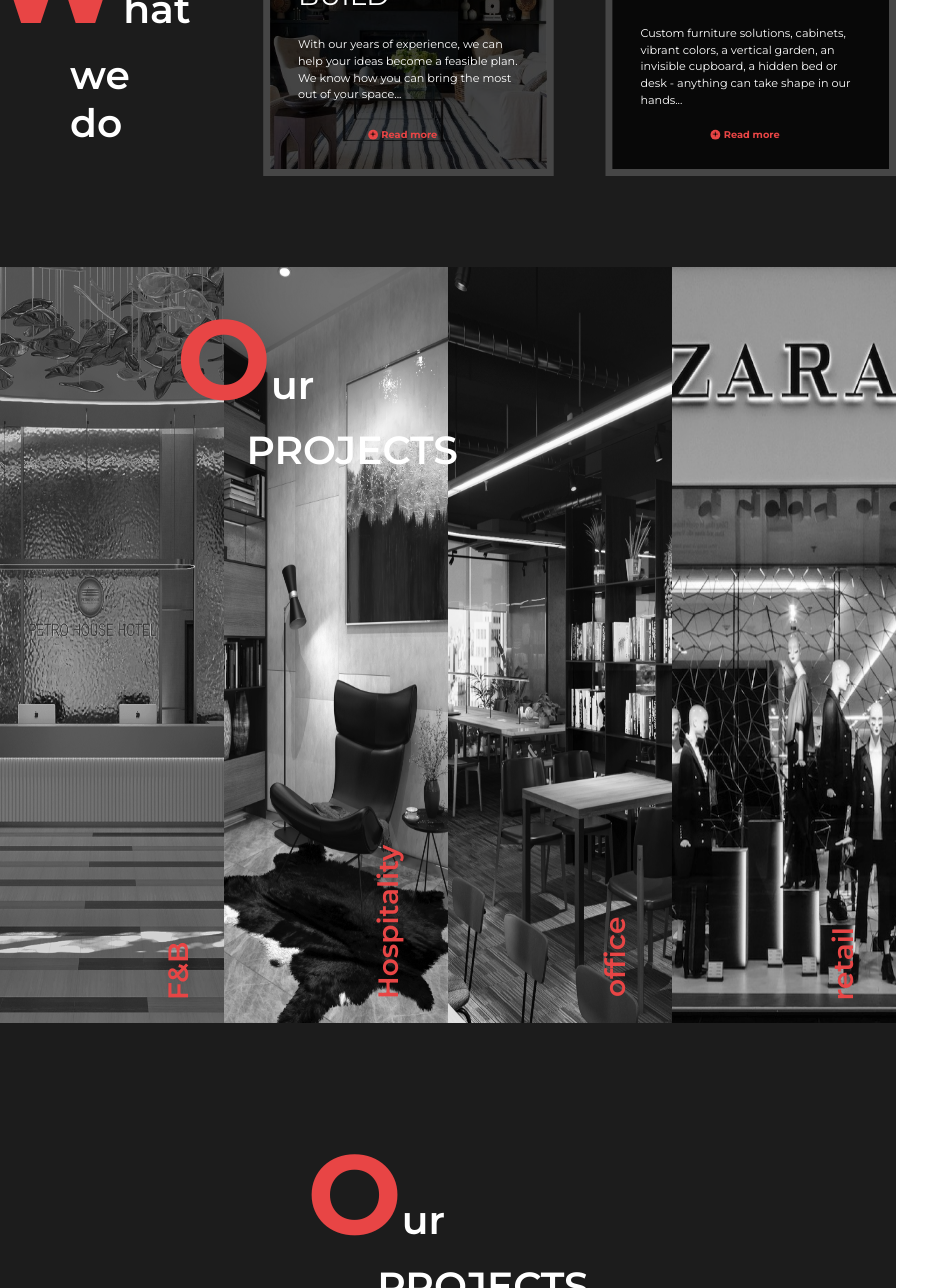
Repository: iphoneboy46/demoMonaFigma
Page: index.html
An editor plug-in stored every save of this project. The page is shown before and after the next save, followed by the edit.
The browser window is 1280 px wide. The page is 1330 px wide, so the pictures cover 1330 px, including what lies to the right of the window. The pictures show the part of the page from y = 2289 to 4129 px (the page is 5304 px tall), at 70% of full size.
Some web libraries are served in a nearby version.

Above is the page before, as saved 2023-03-20 21:44:07.

### index.html
<!DOCTYPE html>
<html lang="en">
  <head>
    <meta charset="UTF-8" />
    <meta http-equiv="X-UA-Compatible" content="IE=edge" />
    <meta name="viewport" content="width=device-width, initial-scale=1.0" />
    <title>Demo Page</title>
    <link rel="stylesheet" href="style.css" />
    <link rel="preconnect" href="https://fonts.googleapis.com" />
    <link rel="preconnect" href="https://fonts.gstatic.com" crossorigin />
    <link
      href="https://fonts.googleapis.com/css2?family=Montserrat:wght@400;600;700&display=swap"
      rel="stylesheet"
    />
    <link
      rel="stylesheet"
      href="https://cdnjs.cloudflare.com/ajax/libs/font-awesome/6.3.0/css/all.min.css"
      integrity="sha512-SzlrxWUlpfuzQ+pcUCosxcglQRNAq/DZjVsC0lE40xsADsfeQoEypE+enwcOiGjk/bSuGGKHEyjSoQ1zVisanQ=="
      crossorigin="anonymous"
      referrerpolicy="no-referrer"
    />
  </head>
  <body>
    <header>
      <div class="header_top">
        <div class="header_top-logo">
          <img src="image/Layer 2 1.png" alt="" />
        </div>
        <div class="header_top-menu">
          <ul class="header_top-menu--list">
            <li class="header_top-menu--items">
              <div class="arrow-down">
                <div class="header_menu--item-1">EN</div>
              </div>
            </li>
            <li class="header_top-menu--items">
              <div class="arrow-right">
                <input placeholder="Search...." type="text" />
                <i class="fa-solid fa-magnifying-glass header_menu--item-2"></i>
              </div>
            </li>
            <li class="header_top-menu--items">
              <div class="arrow-left">
                <i class="fa-solid fa-bars header_menu--item-3"></i>
              </div>
            </li>
            <li class="header_top-menu--items">
              <div class="arrow-up">
                <img
                  class="header_menu--item-4"
                  src="image/path2191.png"
                  alt=""
                />
              </div>
              <ul class="header_menu--links">
                <li>
                  <a href="">
                    <img src="image/01.Facebook.png" alt="" />
                  </a>
                </li>
                <li>
                  <a href="">
                    <img src="image/Vector (1).png" alt="" />
                  </a>
                </li>
                <li>
                  <a href="">
                    <img src="image/10.Linkedin.png" alt="" />
                  </a>
                </li>
                <li>
                  <a href="">
                    <img src="image/ytb.png" alt="" />
                  </a>
                </li>
                <li>
                  <a href="">
                    <img src="image/gg.png" alt="" />
                  </a>
                </li>
              </ul>
            </li>
          </ul>
        </div>
      </div>
      <div class="header_bottom">
        <div class="header_bottom-left">
          <div class="header_bottom-1">
            <h6>01</h6>
            <p>D1 MENSION</p>
          </div>
          <div class="header_bottom-2">
            <h2>02</h2>
            <span> DESIGN & BUILD </span>
            <p>Nguyen Dinh Chinh Hotel</p>
          </div>
        </div>
        <div class="header_bottom-right">
          <div class="header_bottom-3">
            <h6>03.</h6>
            <p>Primier Sky</p>
          </div>
          <div class="header_bottom-4">
            <h6>04.</h6>
            <p>Sunrise Riverside</p>
          </div>
        </div>
      </div>
    </header>
    <section>
      <div class="container">
        <div class="section_top">
          <div class="section_top-container">
            <div class="section_top-left">
              <p class="title">
                <span>A</span>
                bout
              </p>
              <p class="title-2">P.I.P ID CORP</p>
              <p class="title-3">
                With experienced, skillful and enthusiastic staff, we transform
                every smallest corner of the drawing to reality in the most truely
                and obvious way. According to the working process, the specific
                characteristics of customers are highlighted and incorporated in
                the details. For us, every project is a mission to create a more
                beautifully and convenient living space…
              </p>
              <div class="title-4">
                <span>+</span>
                <p>Read more</p>
              </div>
            </div>
            <div class="section_top-right-container">
              <div class="section_top-right">
                <img src="image/Rectangle 4.png" alt="" />
              </div>
              <div class="section_top-right">
                <img src="image/livi2.jpg" alt="" />
              </div>
              <div class="section_top-right">
                <img src="image/livi3.jpg" alt="" />
              </div>
            </div>
          </div>
          <div class="section_top-bottom">
            <div class="btn-prev">
              <i class="fa-solid fa-chevron-left"></i>
            </div>
            <div class="btn-next">
              <i class="fa-solid fa-chevron-right"></i>
            </div>
          </div>
        </div>
        <div class="section_content">
          <div class="section_content-img"><img src="image/Layer 2 2.png" alt="" /></div>
          <div class="section_content-title">
              <div class="section_content-title-1">
                  <p>P</p>restige
              </div>
              <div class="section_content-title-2">
                  <p>i</p>s
              </div>
              <div class="section_content-title-2">
                  <p>p</p>ower
              </div>
          </div>
        </div>
        <div class="section_bottom">
          <div class="section_bottom-container">
              <div class="section_bottom-1">
                  <p>
                      <strong>W</strong><span>hat</span>
                  </p>
                  <h1>we do</h1>
              </div>
              <div class="section_bottom-2">
                 <div class="section_bottom-2-img">
                  <img src="image/Vector (2).png" alt="">
                 </div>
                 <h2>BUILD</h2>
                 <p>With our years of experience, we can help your ideas become a feasible plan. We know how you can bring the most out of your space...</p>
                 <div class="title-4">
                  <span>+</span>
                  <p>Read more</p>
                </div>
              </div>
              <div class="section_bottom-3">
                  <div class="section_bottom-3-img">
                   <img src="image/Vector (3).png" alt="">
                  </div>
                  <h2>DESIGN</h2>
                  <p>Custom furniture solutions, cabinets, vibrant colors, a vertical garden, an invisible cupboard, a hidden bed or desk - anything can take shape in our hands...</p>
                  <div class="title-4">
                   <span>+</span>
                   <p>Read more</p>
                 </div>
               </div>
          </div>
        </div>
        <div class="section_img">
          <div class="section_img-title">
              <p><strong>O</strong>ur</p>
              <h2>PROJECTS</h2>
          </div>
          <div class="section_img-1">
              <img class="img-1-not" src="image/Rectangle 8.png" alt="">
              <img class="img-1-color" src="image/petro.png" alt="">
              <p>F&B</p>
          </div>
          <div class="section_img-2">
              <img class="img-2-not" src="image/Rectangle 20.png" alt="">
              <img class="img-2-color" src="image/social_153098144.jpg" alt="">
              <p>Hospitality</p>
          </div>
          <div class="section_img-3">
              <img class="img-3-not" src="image/Rectangle 21.png" alt="">
              <img class="img-3-color" src="image/office.jpg" alt="">

              <p>office</p>
          </div>
          <div class="section_img-4">
              <img class="img-4-not" src="image/Rectangle 22.png" alt="">
              <img class="img-4-color" src="image/retail.jpg" alt="">
              <p>retail</p>
          </div>
        </div>
        <div class="section__logo">
          <di class="section__logo-container">
              <div class="section__logo-1">
                  <p><strong>O</strong>ur</p>
                  <h2>PROJECTS</h2>
              </div>
              <div class="section__logo-img section__logo-2">
                  <img src="image/logo1.png" alt="">
              </div>
              <div class="section__logo-img section__logo-3">
                  <img src="image/logo2.png" alt="">
              </div>
              <div class="section__logo-img section__logo-4">
                  <img src="image/Jaspal_Logo_4__1 2.png" alt="">
              </div>
              <div class="section__logo-img section__logo-5">
                  <img src="image/planet 1.png" alt="">
              </div>
              <div class="section__logo-img section__logo-6">
                  <img src="image/cc00 1.png" alt="">
              </div>
              <div class="section__logo-img section__logo-7">
                  <img src="image/lahacoffee 1.png" alt="">
              </div>
          </di >
        </div>
      </div>
    </section>

    <script src="index.js"></script>
  </body>
</html>

Loaded but not shown: index.js (22 lines, source omitted); style.css (964 lines, source omitted)

After the next save:
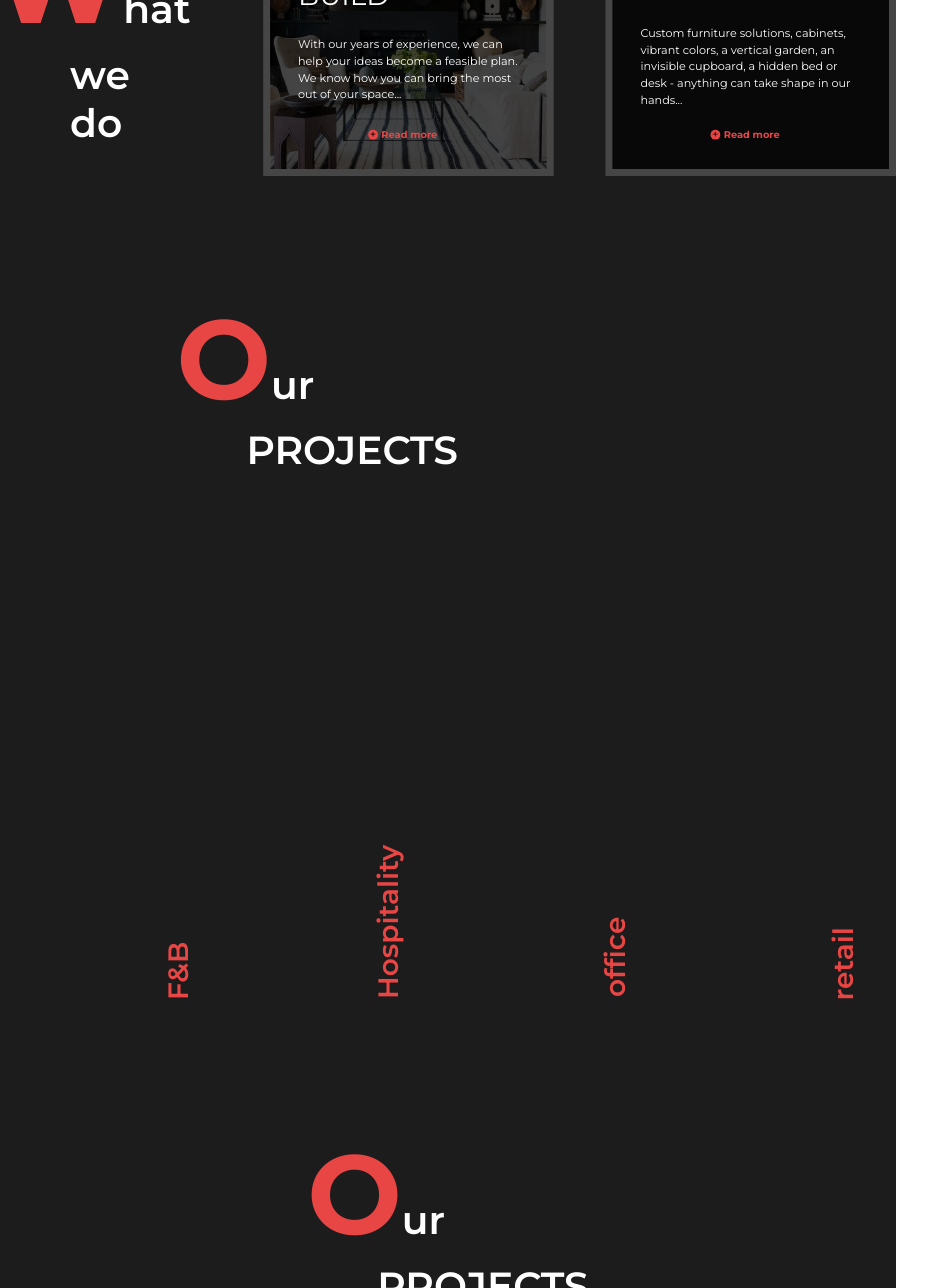
Saved 2 min 35 s later.
--- a/index.html
+++ b/index.html
@@ -203,23 +203,23 @@
               <h2>PROJECTS</h2>
           </div>
           <div class="section_img-1">
-              <img class="img-1-not" src="image/Rectangle 8.png" alt="">
+
               <img class="img-1-color" src="image/petro.png" alt="">
               <p>F&B</p>
           </div>
           <div class="section_img-2">
-              <img class="img-2-not" src="image/Rectangle 20.png" alt="">
+
               <img class="img-2-color" src="image/social_153098144.jpg" alt="">
               <p>Hospitality</p>
           </div>
           <div class="section_img-3">
-              <img class="img-3-not" src="image/Rectangle 21.png" alt="">
+
               <img class="img-3-color" src="image/office.jpg" alt="">
 
               <p>office</p>
           </div>
           <div class="section_img-4">
-              <img class="img-4-not" src="image/Rectangle 22.png" alt="">
+
               <img class="img-4-color" src="image/retail.jpg" alt="">
               <p>retail</p>
           </div>
